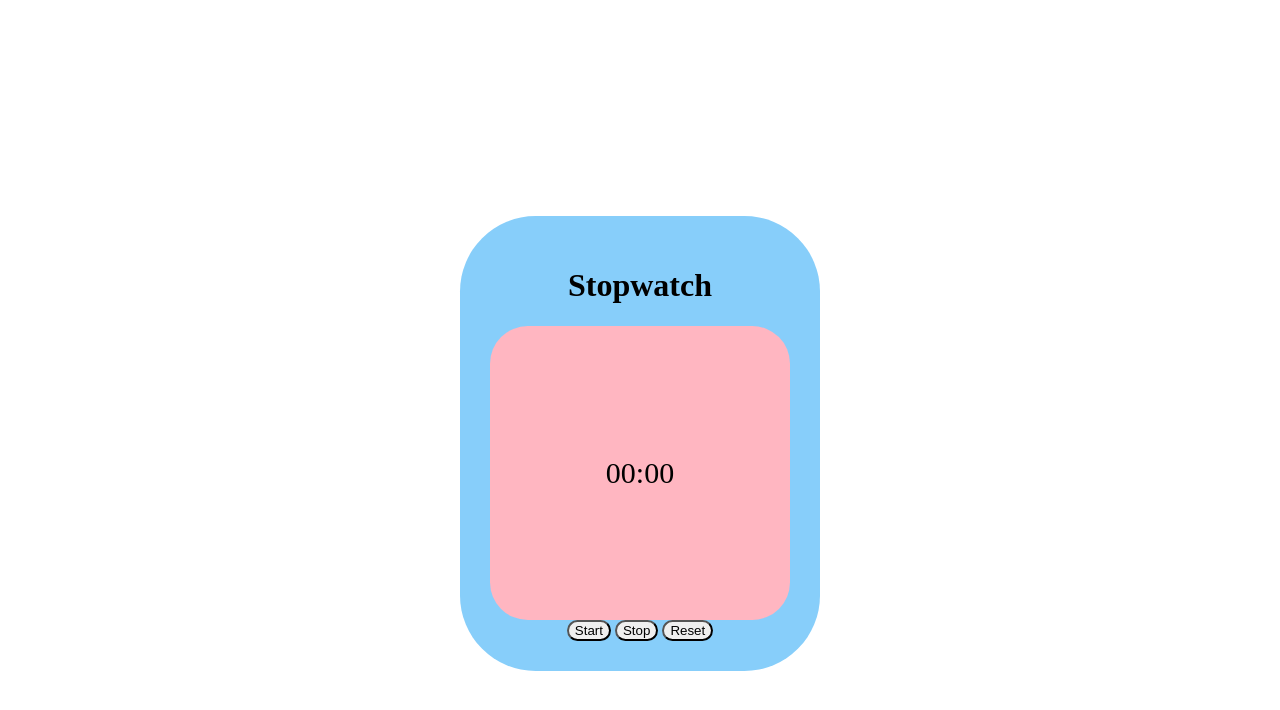
Repository: LeyaAbraham/web-dev
Page: clock.html
The author's editor kept a copy of each file at every save. The page is drawn from the files as they stood at one save, then again after the next save.
The browser window is 1280 px wide. The pictures show the whole page.

Above is the page before, as saved 2021-01-05 23:19:23.

After the next save:
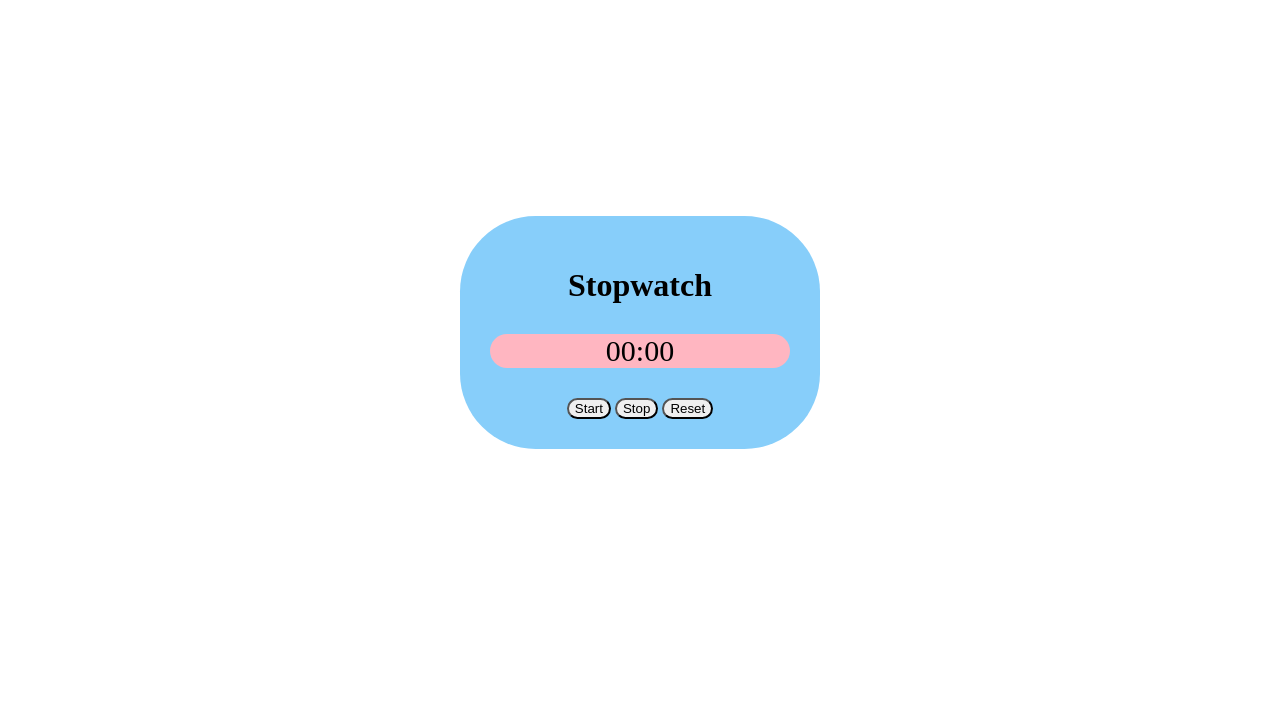
Saved 10 s later.
--- a/style.css
+++ b/style.css
@@ -29,6 +29,7 @@ p {
     width: 100px;
     border-radius: 1cm;
     text-align: center;
-    padding: 100px;
+    padding-right: 100px;
+    padding-left: 100px;
 
 }
